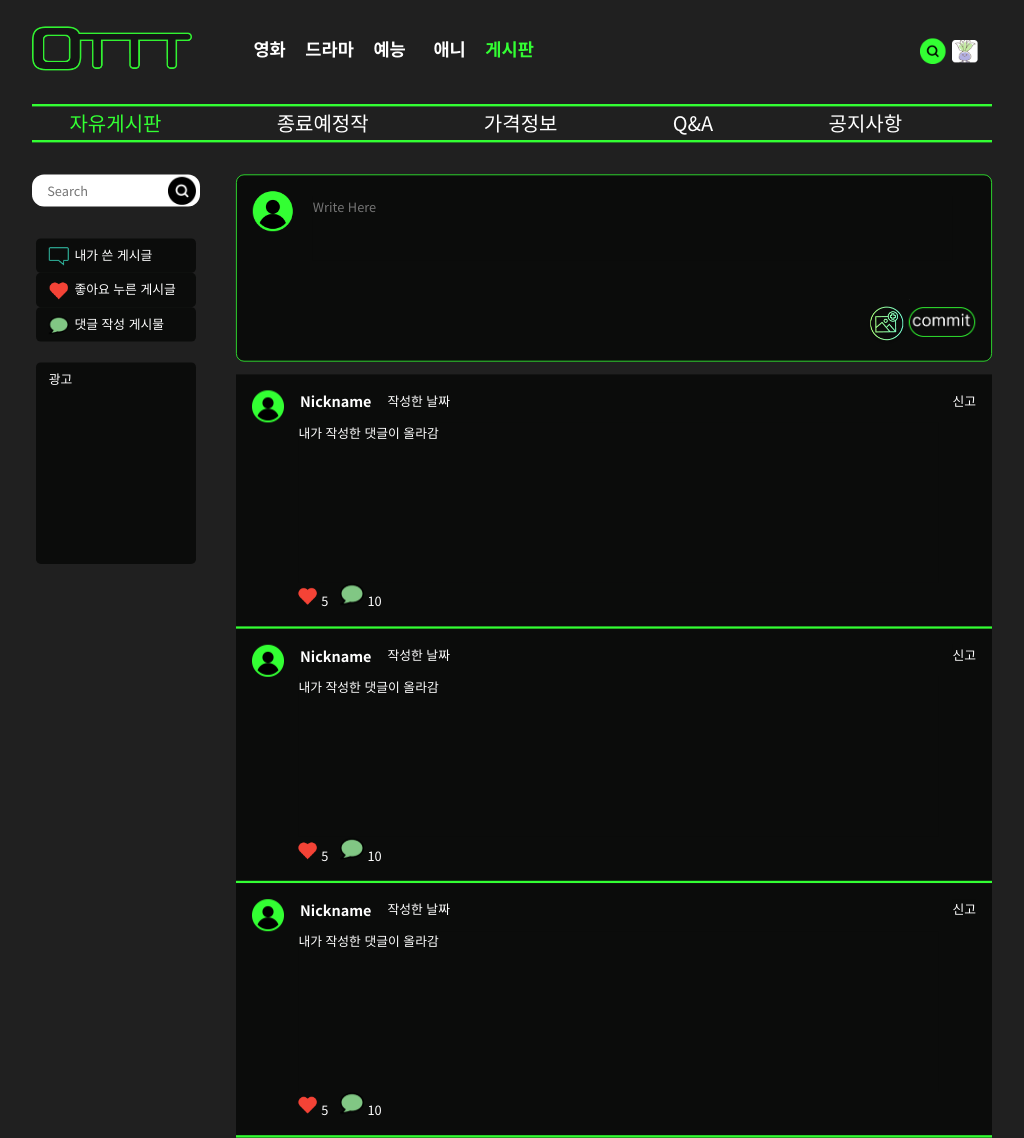
Repository: gahhyun/commnity_make
Page: http://localhost/OTTT/WEB-INF/views/community/freecommunity/community_main.jsp
The author's editor kept a copy of each file at every save. The page is drawn from the files as they stood at one save, then again after the next save.
The browser window is 1280 px wide. The pictures show the whole page, at 80% of full size.
The page is served by Tomcat 9. Nobody is signed in. The template is opened directly, without the code that normally fills it, so the values that code supplies are empty.

Above is the page before, as saved 2023-05-04 07:28:05.

After the next save:
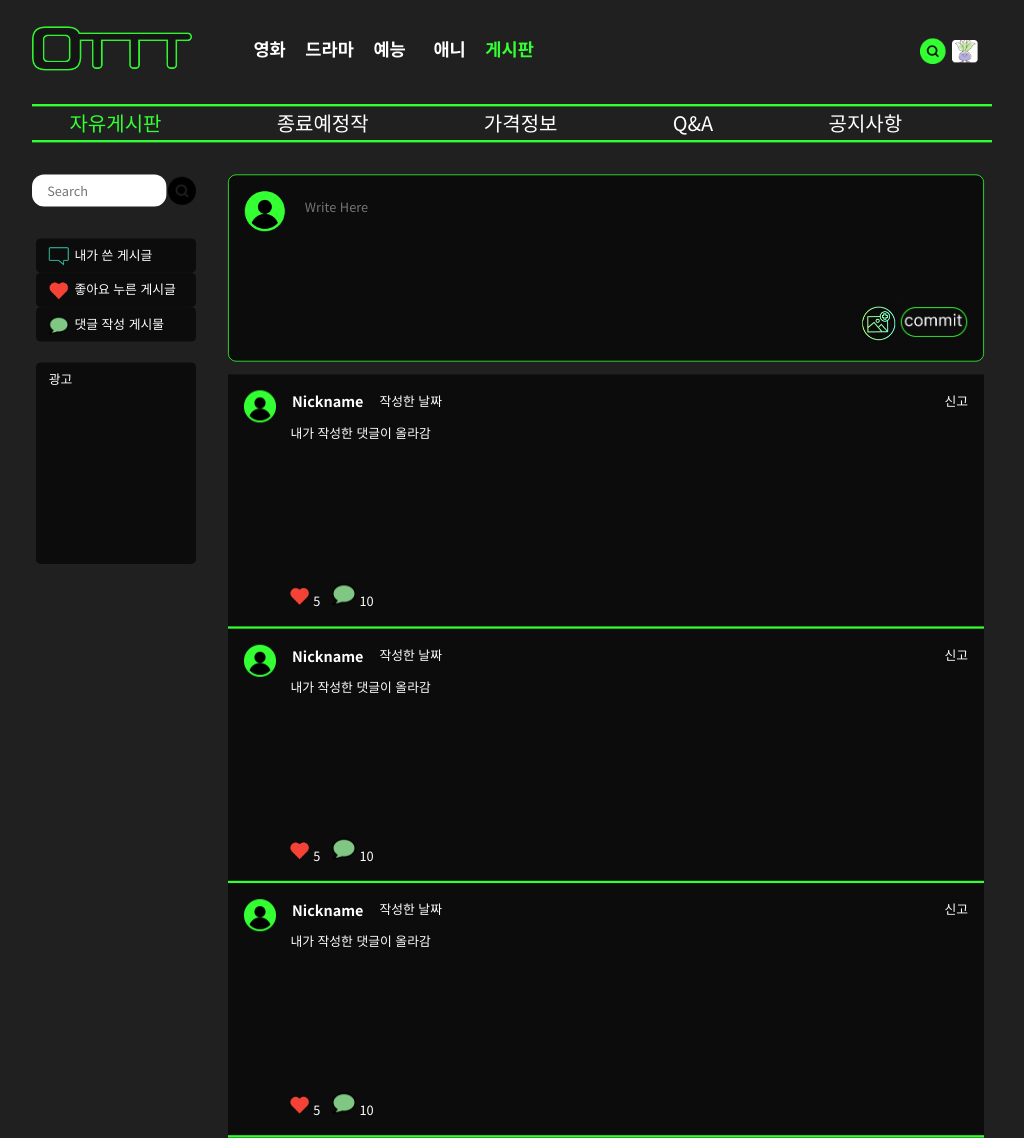
Saved 4 min 0 s later.
--- a/OTTT/src/main/webapp/resources/css/community/freecommunity/community_main.css
+++ b/OTTT/src/main/webapp/resources/css/community/freecommunity/community_main.css
@@ -138,7 +138,7 @@ header{ width: 1200px; height: 130px;box-sizing: border-box;margin: 0 auto;posit
 
 .search{
         border: solid 1px black;
-        width: 210px;
+        width: 168px;
         height: 40px;
         border: 0;
         border-radius: 15px;
